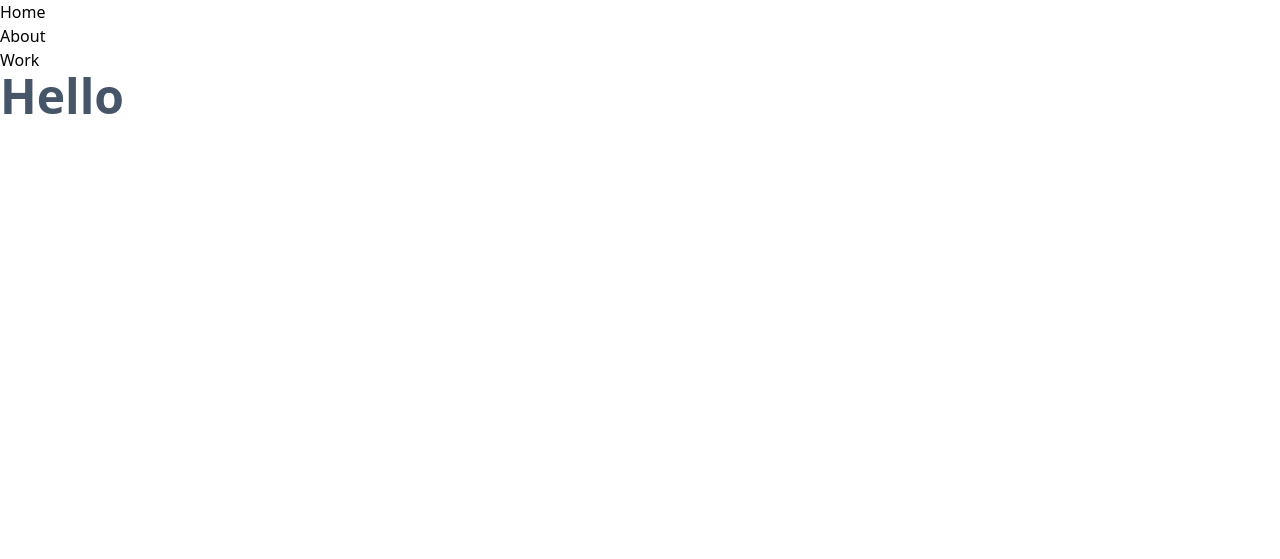
Repository: aaroncemery/aaroncemery-next
Page: /
The author's editor kept a copy of each file at every save. The page is drawn from the files as they stood at one save, then again after the next save.
The browser window is 1280 px wide. The pictures show the whole page.
The project was rebuilt for these pictures with package versions that can differ from the ones it lists, and the page was loaded fresh each time. The framework's server and built-in components were replaced by stand-ins that run in the browser. Also part of the build but not shown: next.config.js.

Above is the page before, as saved 2022-06-13 16:58:35.

After the next save:
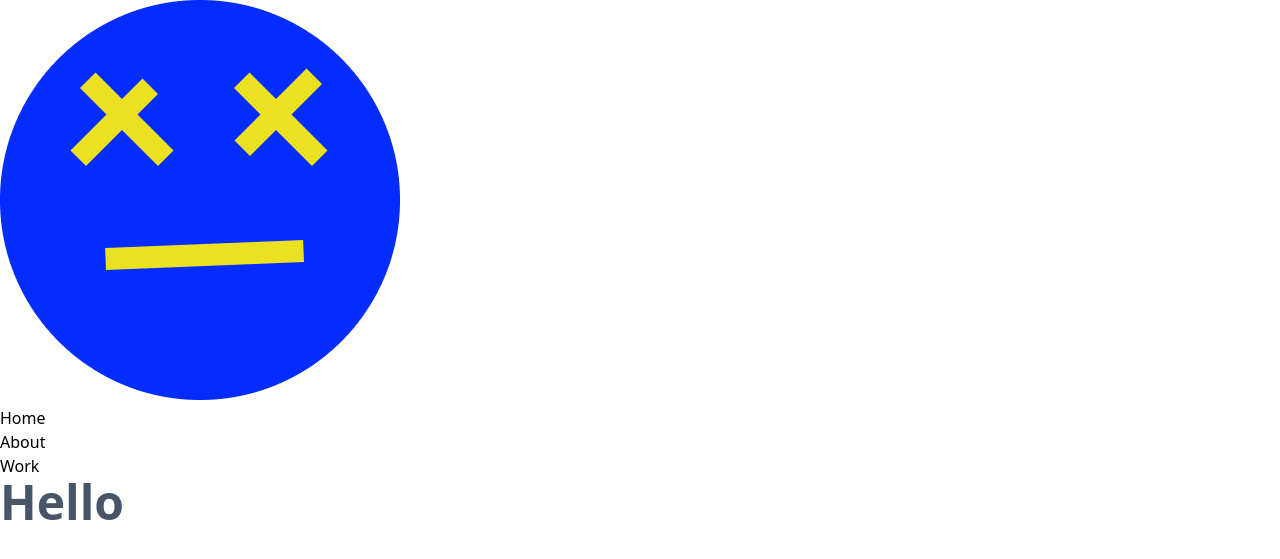
Saved 55 s later.
--- a/pages/index.tsx
+++ b/pages/index.tsx
@@ -7,6 +7,7 @@
   return (
     <Fragment>
       <nav>
+        <Image src={NavIcon} alt={'aaroncemery icon'} />
         <ul>
           <li>Home</li>
           <li>About</li>

After the save that followed:
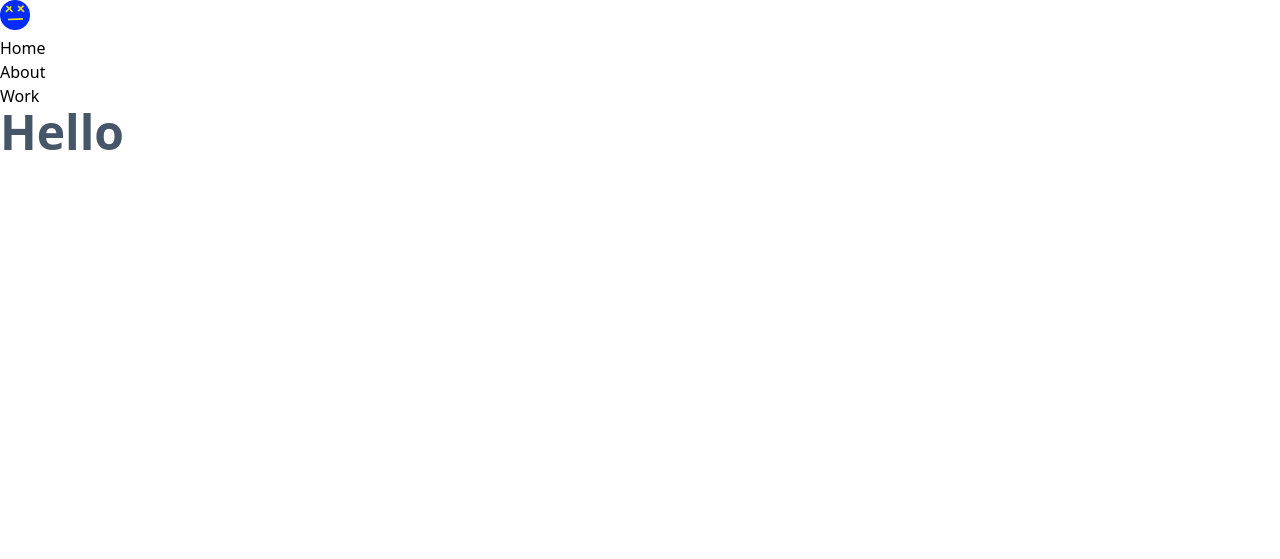
Saved 16 s later.
--- a/pages/index.tsx
+++ b/pages/index.tsx
@@ -7,7 +7,7 @@
   return (
     <Fragment>
       <nav>
-        <Image src={NavIcon} alt={'aaroncemery icon'} />
+        <Image src={NavIcon} alt={'aaroncemery icon'} height={30} width={30} />
         <ul>
           <li>Home</li>
           <li>About</li>
